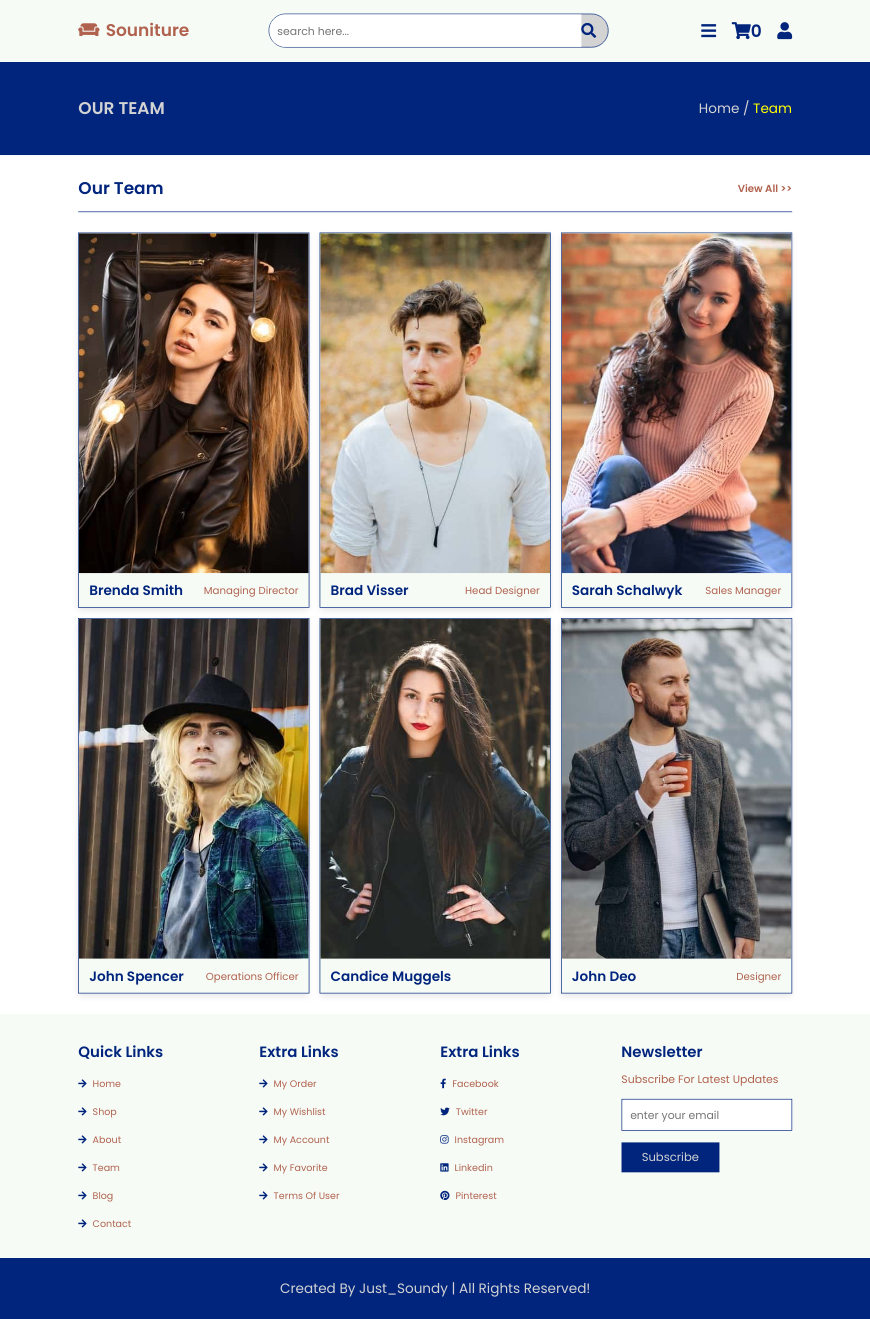
Repository: spencersoundy/furniture-store
Page: team.html
These files come from the project's save history. The page is drawn as it stood at one moment and after a run of saves; the edit follows.
The browser window is 1280 px wide. The pictures show the whole page, at 68% of full size.

Above is the page before, as saved 2023-05-04 14:50:55.
Console error: TypeError: Cannot read properties of null (reading 'addEventListener')

After the next 2 saves:
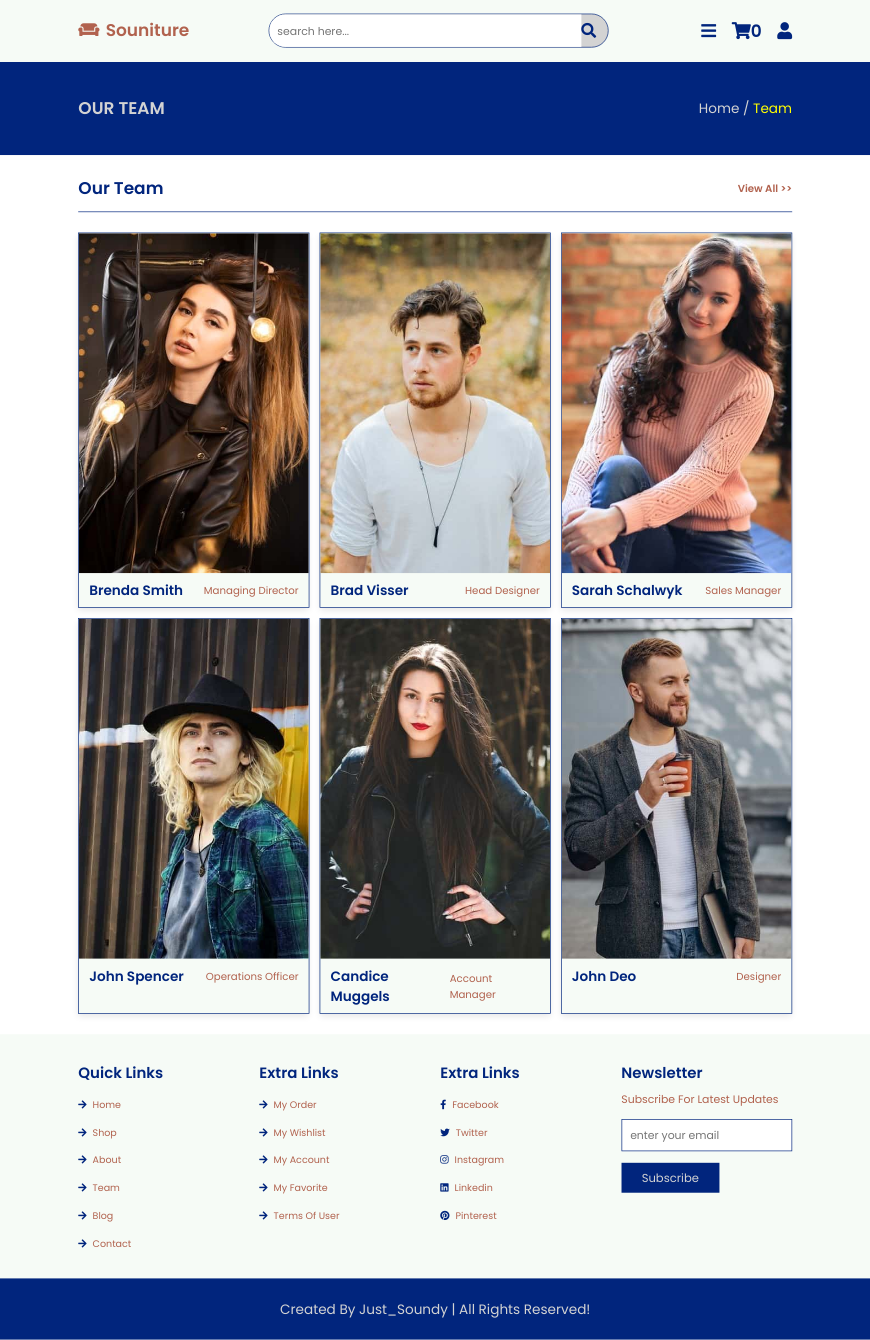
The 2 saves are shown as one change because they came seconds apart.
The last was saved 21 s later.
--- a/team.html
+++ b/team.html
@@ -183,7 +183,7 @@
             </div>
             <div class="user">
                 <h3>Candice Muggels</h3>
-                <span></span>
+                <span>Account Manager</span>
             </div>
         </div>
 
